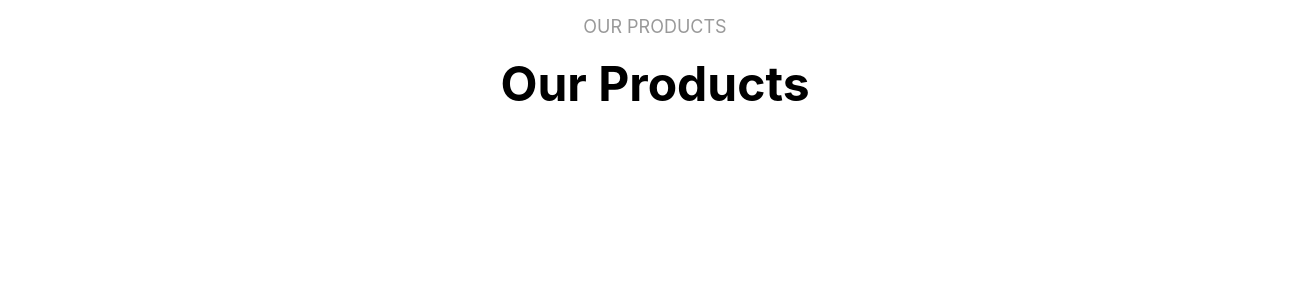
Repository: ldminh95/Ginx
Page: /
The author's editor kept a copy of each file at every save. The page is drawn from the files as they stood at one save, then again after the next save.
The browser window is 1280 px wide. The page is 1310 px wide, so the pictures cover 1310 px, including what lies to the right of the window. The pictures show the whole page.
The project was rebuilt for these pictures with package versions that can differ from the ones it lists, and the page was loaded fresh each time.

Above is the page before, as saved 2023-06-03 14:25:40.

After the next save:
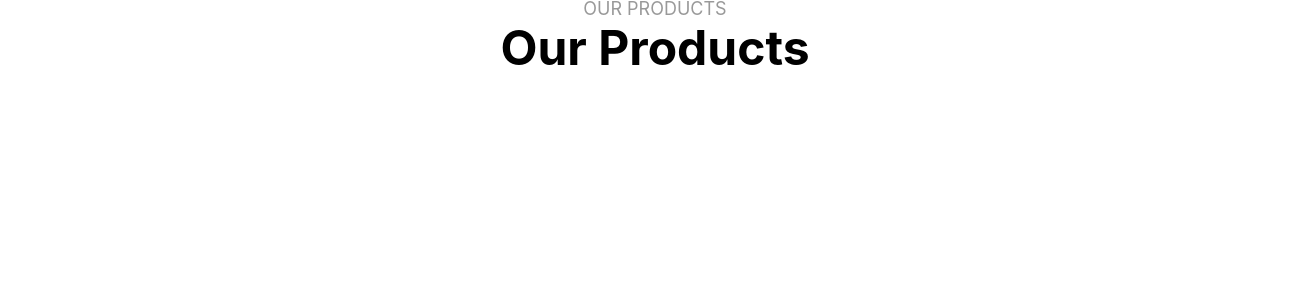
Saved 10 s later.
--- a/src/App.css
+++ b/src/App.css
@@ -19,11 +19,10 @@
   font-weight: 400;
   color: #999999;
   text-transform: uppercase;
-  line-height: 3;
+  line-height: 1;
 }
 .App .Product_title p {
   font-weight: 700;
   color: #000;
   font-size: 4em;
-
 }
